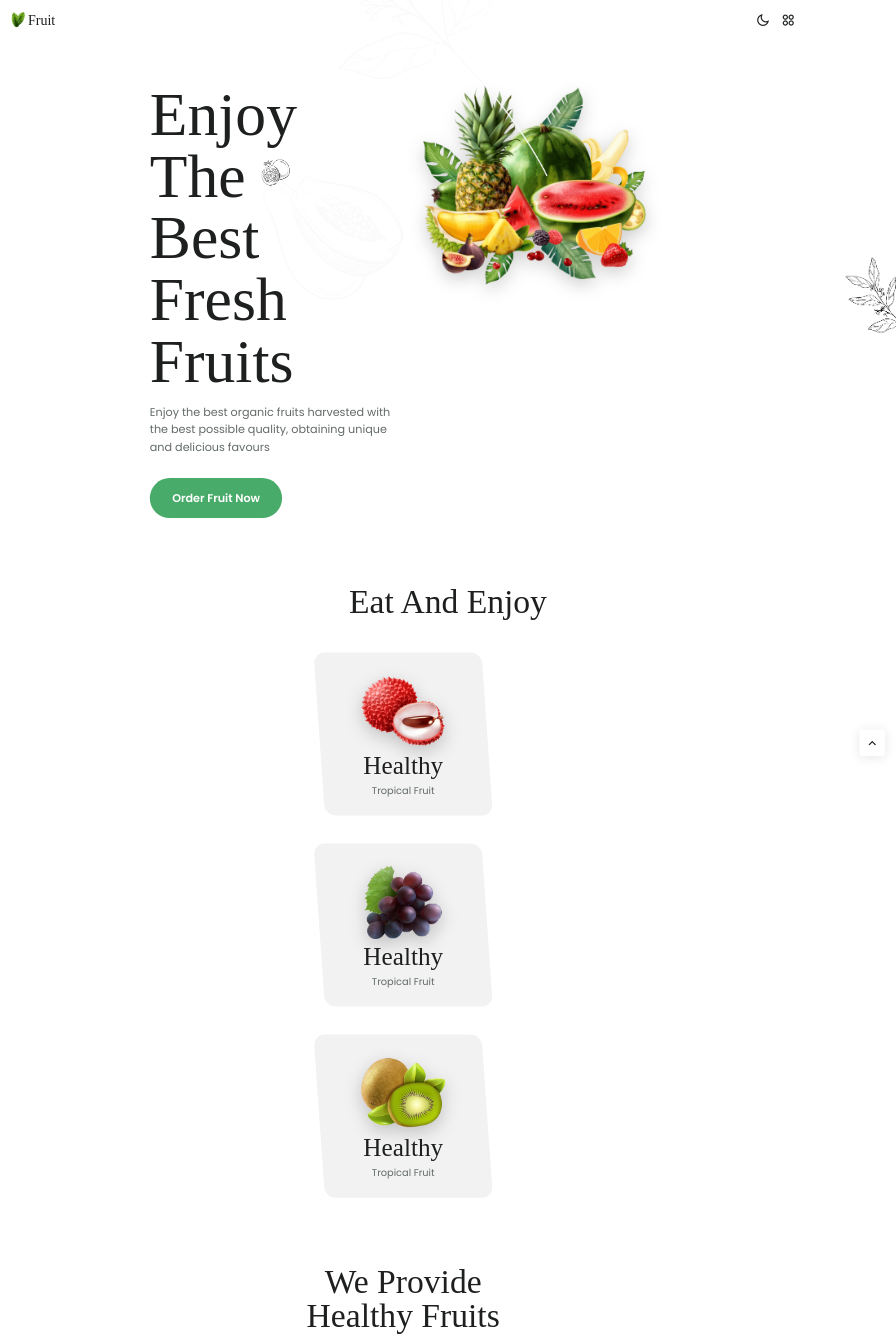
Repository: dinhhaidh/fruit
Page: index.html
These files come from the project's save history. The page is drawn as it stood at one moment and after the next save; the edit follows.
The browser window is 1280 px wide. The pictures show the part of the page from y = 0 to 1920 px (the page is 5611 px tall), at 70% of full size.
Some web fonts or font styles are not loaded; a fallback is used.

Above is the page before, as saved 2024-02-19 16:26:18.
Console error: ReferenceError: ScrollReveal is not defined

After the next save:
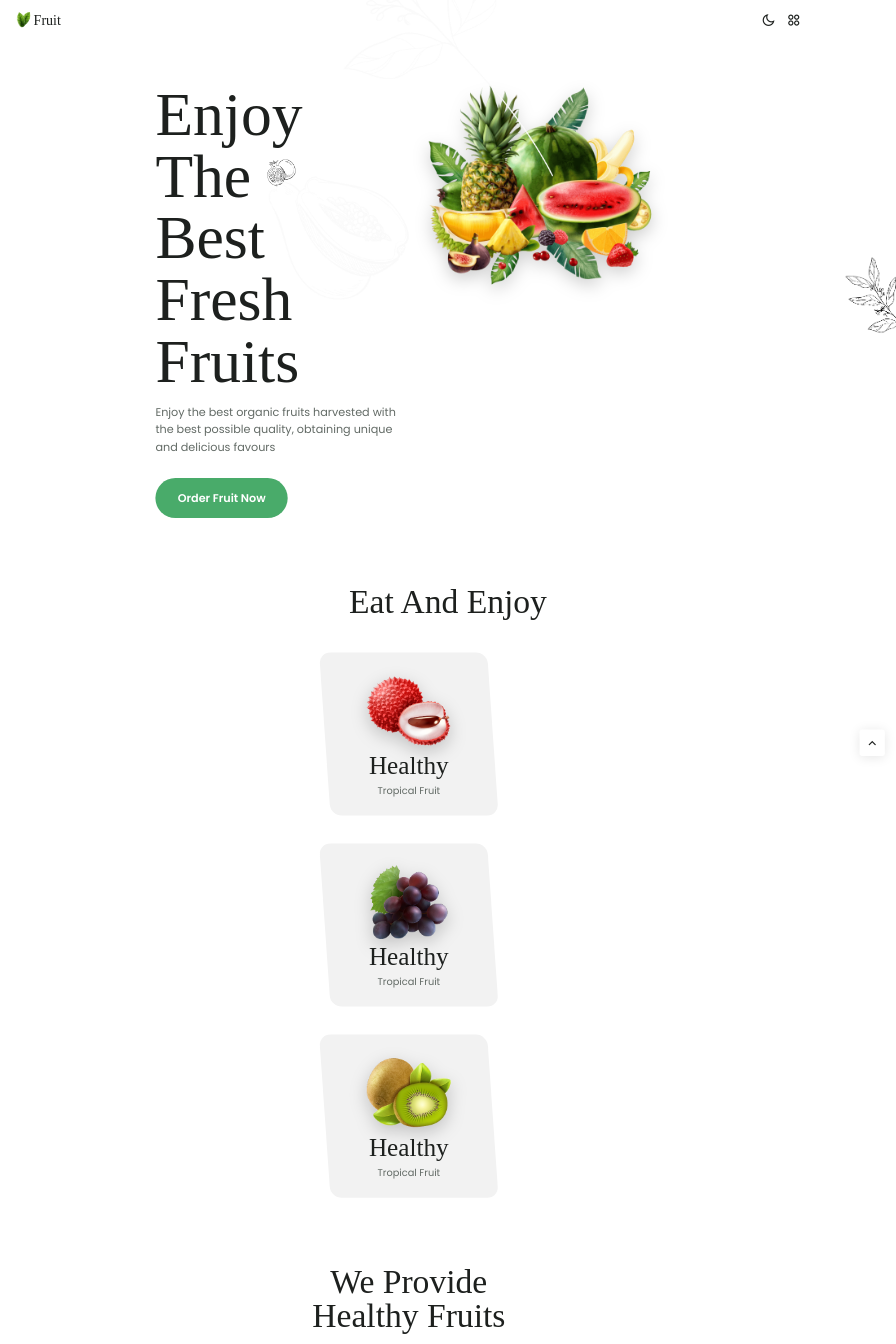
Saved 115 s later.
--- a/css/style.css
+++ b/css/style.css
@@ -252,10 +252,6 @@ img {
 /*=============== HOME ===============*/
 .home{
     position: relative;
-}
-
-.container{
-    margin-inline: 1rem;
 }
 
 .home__container {
